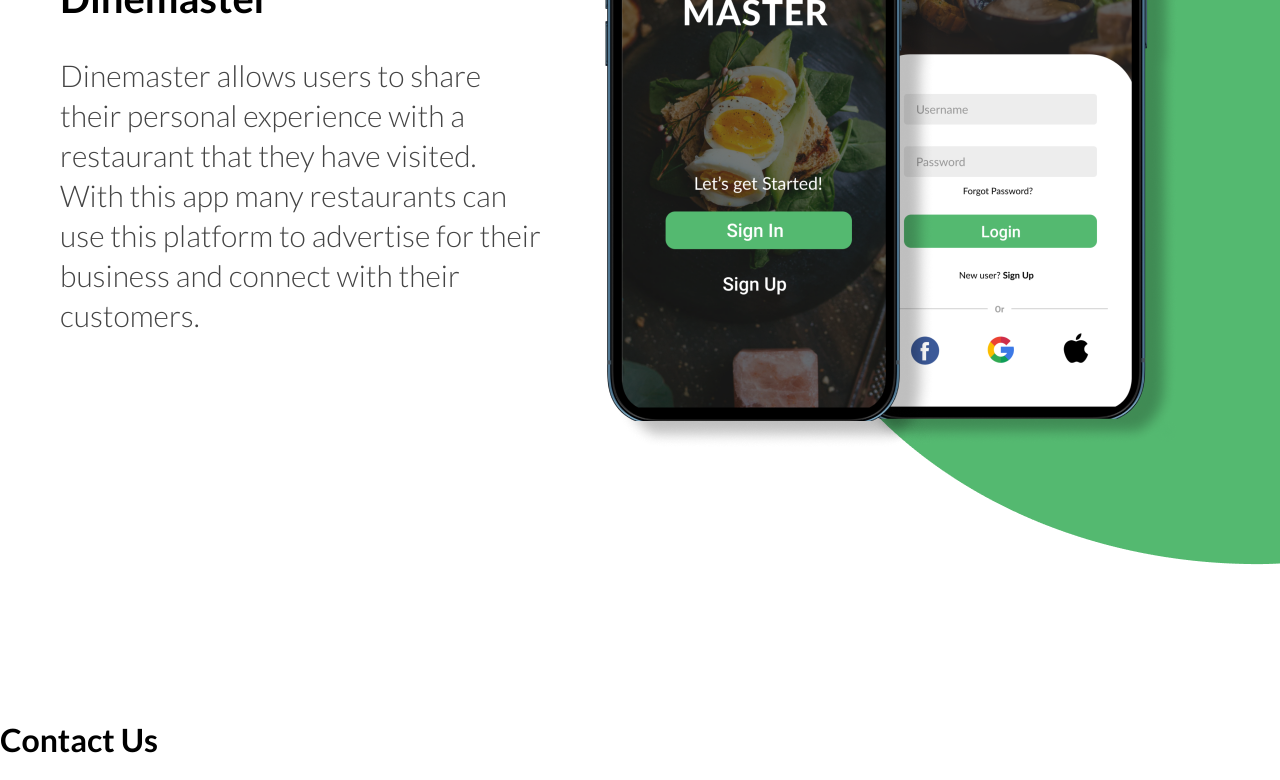
Repository: leahma1208/dinemaster
Page: index.html
The author's editor kept a copy of each file at every save. The page is drawn from the files as they stood at one save, then again after the next save.
The browser window is 1280 px wide. The pictures show the part of the page from y = 3520 to 4472 px (the page is 4300 px tall before and 4472 px after).
A picture or video elsewhere on the page could not be fetched, so the positions and the page height are approximate.

Above is the page before, as saved 2021-05-07 10:41:09.

### index.html
<!DOCTYPE html>
<html lang="en">
<head>
    <meta charset="UTF-8">
    <meta http-equiv="X-UA-Compatible" content="IE=edge">
    <meta name="viewport" content="width=device-width, initial-scale=1.0">
    <link rel="stylesheet" href="style.css">
    <link rel="preconnect" href="https://fonts.gstatic.com">
<link href="https://fonts.googleapis.com/css2?family=Lato:ital,wght@0,300;0,400;0,700;0,900;1,400;1,700;1,900&display=swap" rel="stylesheet">
    <title>Dinemaster</title>
</head>
<body>
    <div class="holder">
    <div class="main-nav">
        <div class="logo"><img src="/img/Logo.svg" alt=""></div>
        <div class="nav">
            <a href="#feature">Features</a>
            <a href="#down">Download</a>
            <a href="">About us</a>
        </div>
    </div>
<!-- =========INTRO================= -->
    <div class="col intro">
        <div class="head-cont">
            <div class="head">Share, Post, Like &<br> Review Restaurants</div>
            <div class="text">Share your favourite restaurants visits with your friends and family! Keep track of your visits and rate other restaurants.</div>
        </div>

        <div class="vid">
            <iframe width="700" height="400" src="https://www.youtube.com/embed/nbFm3E9IjMM" title="YouTube video player" frameborder="0" allow="accelerometer; autoplay; clipboard-write; encrypted-media; gyroscope; picture-in-picture" allowfullscreen></iframe>
        </div>

    </div>

<!-- =========PERSONAL ACCOUNTS================= -->
    <div class="col personal" id="feature">
        <div class="personal-img">
            <img src="/img/personal.svg" alt="personal">
        </div>

        <div class="per-cont">
            <div class="head">Personal Accounts</div>
            <div class="text ">Post your favourite meal and keep track of your previous visits! Recommend your favourite restaurants to your friends and family.</div>
        </div>
    </div>


    <!-- =========BUSINESS ACCOUNTS================= -->
    <div class="col business">

        <div class="per-cont">
            <div class="head">Business Accounts</div>
            <div class="text ">Are you a business owner? Advertise your business by posting your restaurant menus and daily specials. Also, receive customer feedbacks to improve and promote your business.</div>
        </div>

        <div class="business-img">
            <img src="/img/business.svg" alt="business">
        </div>
    </div>

    <!--================ DOWNLOAD APP============== -->
    <div class="download" id="down">
        <div class="down-cont">
            <div class="bighead">Download App</div>
            <div class="text">Install the app today to share your favourite restaurants with your friends and family!</div>
        </div>
        <div class="down-img">
            <img src="/img/download.svg" alt="download">
        </div>
        <div class="down-buttons">
            <img src="/img/app store.svg" alt="app store">
            <img src="/img/google play.svg" alt="playstore">
        </div>
    </div>

     <!-- =========ABOUT US================= -->
        <div class="col aboutus">

            <div class="per-cont">
                <div class="head">About Us</div>
                <h2 class="dine">Dinemaster</h2>
                <div class="text ">Dinemaster allows users to share their personal experience with a restaurant that they have visited. With this app many restaurants can use this platform to advertise for their business and connect with their customers.</div>
            </div>

            <div class="business-img">
                <img src="/img/Aboutus.png" alt="aboutus">
            </div>
        </div>

<!-- =========Team Members================= -->


<!-- =========Contact Us================= -->
        <div>
            <h1 class="">Contact Us</h1>
        </div>
</div>
</body>
</html>

### style.css
body,
html {
  margin: 0;
}

.holder {
  font-family: "Lato", sans-serif;
}

/* ===============NAV BAR============ */
.main-nav {
  display: flex;
  padding-top: 50px;
  justify-content: space-between;
  max-width: 90vw;
  margin: auto;
}

.logo > img {
  width: 350px;
}

.nav {
  display: flex;
  justify-content: space-between;
  min-width: 650px;
}

.nav > a {
  text-decoration: none;
  color: #222222;
  font-size: 30px;
}

a:hover {
  color: #727272;
}
/* ===========FIRST COL=================== */

.col {
  display: flex;
}

.intro {
  max-width: 90vw;
  margin: auto;
  margin-top: 300px;
  justify-content: space-between;
}

.head {
  font-size: 60px;
  color: #3a3a3a;
  font-weight: 400;
}
.text {
  font-size: 30px;
  line-height: 40px;
  color: #444444;
  margin-top: 30px;
  font-weight: 300;
  max-width: 700px;
}

.vid {
  margin-left: 100px;
}

/* ========PERSONAL============== */
.personal {
  margin-top: 150px;
  justify-content: space-between;
}

.personal-img {
  margin-right: 100px;
}

.per-cont {
  margin: auto;
  padding: 60px;
}

/* ========BUSINESS============== */
.business {
  margin-top: 100px;
  justify-content: space-between;
}

/* ======DOWNLOAD============= */

.download {
  max-width: 90vw;
  margin: auto;
  display: flex;
  flex-direction: column;
  justify-content: center;
  align-items: center;
}

.down-cont {
  margin-top: 250px;
  text-align: center;
}

.bighead {
  font-size: 100px;
  font-weight: 700;
  color: #3a3a3a;
}

.down-img {
  margin-top: 100px;
  margin-bottom: 100px;
}

.down-buttons {
  display: flex;
  justify-content: space-around;
}

.down-buttons > img {
  padding: 10px;
}

/* ======ABOUTUS============= */
.dine{
font-size: 40px;
}

After the next save:
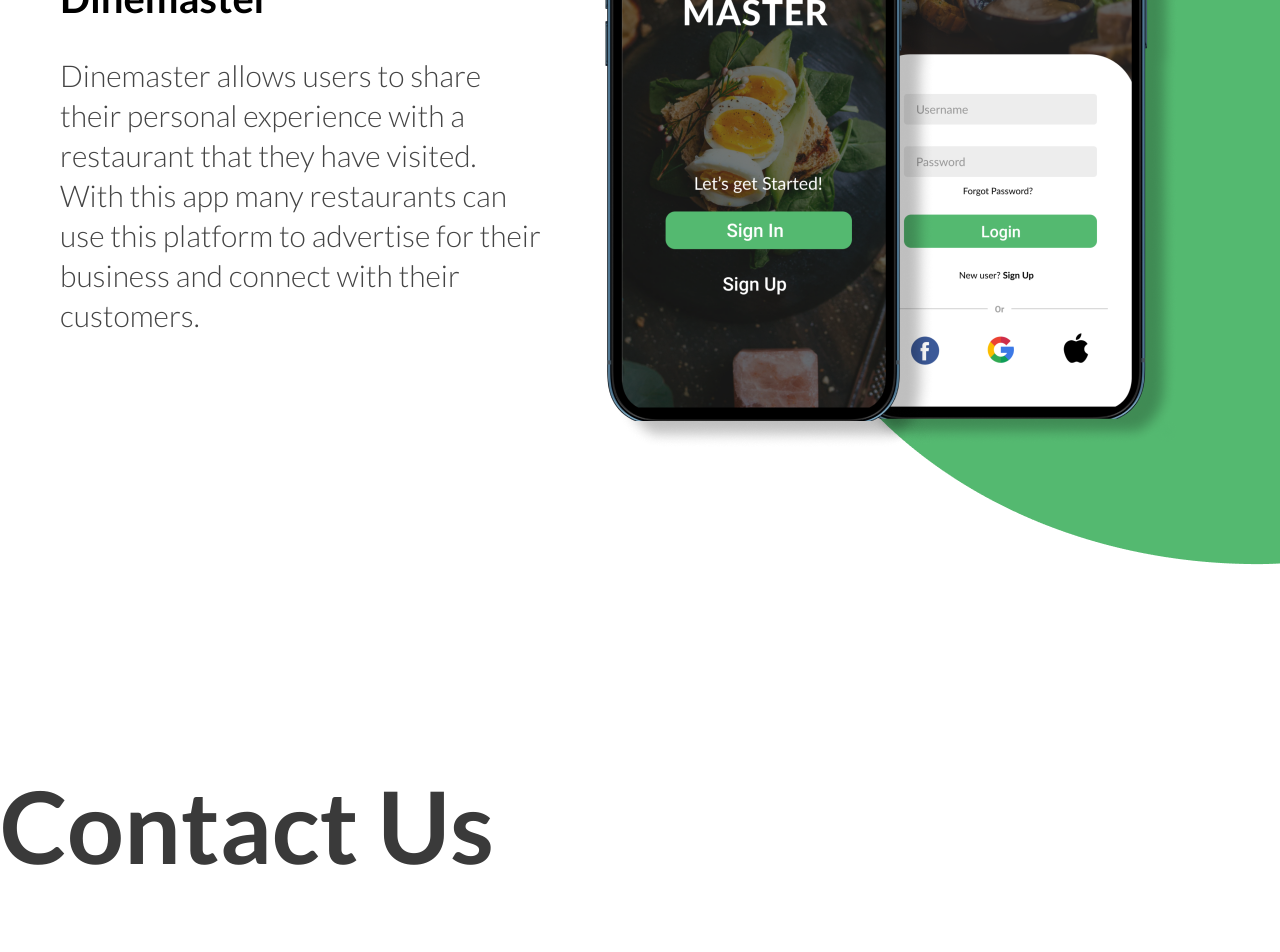
Saved 5 s later.
--- a/index.html
+++ b/index.html
@@ -92,7 +92,7 @@
 
 <!-- =========Contact Us================= -->
         <div>
-            <h1 class="">Contact Us</h1>
+            <h1 class="bighead">Contact Us</h1>
         </div>
 </div>
 </body>
